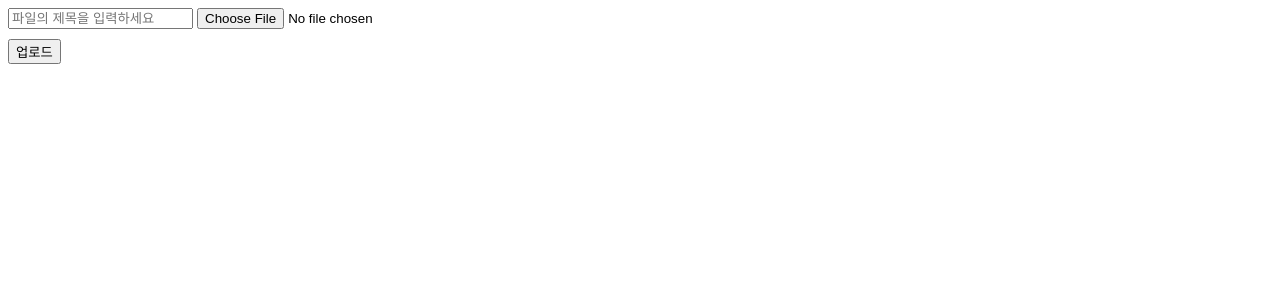
Repository: gudbrwkd98/JavaEE-JSP
Page: BoardApp/WebContent/gallery2/send.html
An editor plug-in stored every save of this project. The page is shown before and after the next save, followed by the edit.
The browser window is 1280 px wide. The pictures show the whole page.

Above is the page before, as saved 2020-12-04 06:50:57.

After the next save:
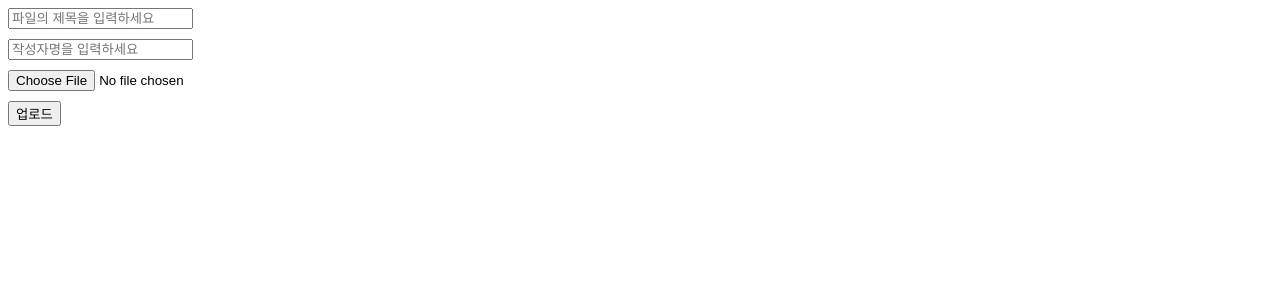
Saved 46 s later.
--- a/BoardApp/WebContent/gallery2/send.html
+++ b/BoardApp/WebContent/gallery2/send.html
@@ -4,30 +4,29 @@
 <meta charset="utf-8">
 <title>Insert title here</title>
 <style type="text/css">
-*{margin-bottom: 10px;}
+*{margin-bottom:10px;}
 </style>
 <script type="text/javascript">
-function send() {
-	//서버에 제목및 파일을 전송하자
-	//서버에 전송한다는 것은 클라이언트로서 요청한다는 뜻이고
-	//흔히 쓰는 요청방법은 2가지
-	//업로드시 post get 중 어느것?
-	//데이터 량이많아서 post 로
-	//post 이용시 form 태그로 감싸줘야 정보전송가능
-	form1.action = "/gallery/upload.jsp";
-	form1.method = "post"; //바이너리 파일 포함됧 경우 반드시 post 로 전송방식 설정
-	form1.submit(); //전송(요청)
+function send(){
+	//서버에 제목 및 파일을 전송하자!
+	//서버에 전송한다는 것은, 클라이언트로서, 요청한다는 뜻이고
+	//흔히 쓰는 요청방법은 2가지가 잇따..(물론 여러종류가 더 있음)
+	//업로드시 Post, Get 중 어떤 방법을 써야하는가?
+	//데이터량이 많기 때문에 post 로 전송해야 한다.
+	//post로 전송하려면 입력양식의 범위를 설정하는 태그인 .form태그
+	//가 필요하다
+	form1.action="/gallery2/upload.jsp";
+	form1.method="post"; //바이너리 파일을 포함될 경우 반드시  post로 ...
+	form1.submit();//전송(요청)
 }
 </script>
 </head>
 <body>
-  <form name="form1" enctype="multipart/form-data" >
-	<input type="text" name="msg" placeholder="파일의 제목을 입력하세요" >
-	<input type="file" name="photo"><br>
-	<button onClick="send()">업로드</button>
-  </form>
-
-
-
+	<form name="form1" enctype="multipart/form-data">
+		<input type="text" name="msg" placeholder="파일의 제목을 입력하세요"><br>
+		<input type="text" name="author" placeholder="작성자명을 입력하세요"><br>
+		<input type="file" name="photo"><br>
+		<button onClick="send()">업로드</button>
+	</form>
 </body>
 </html>
